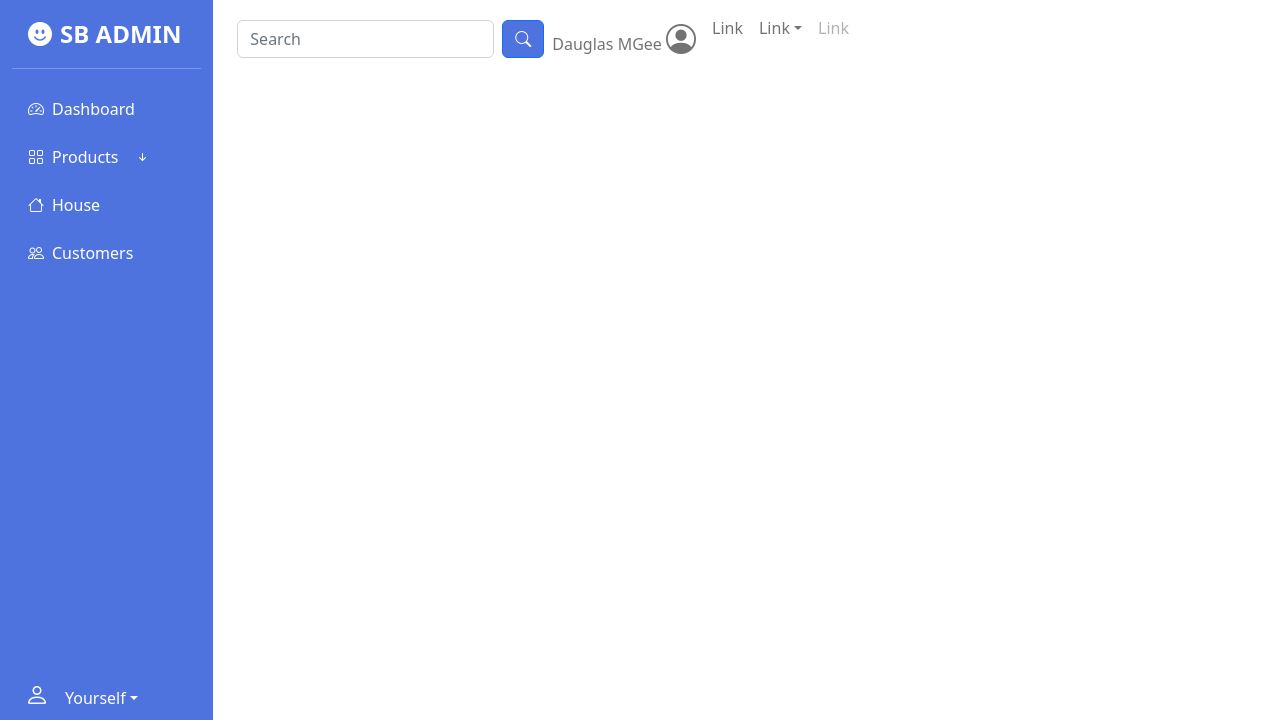
Repository: iqbalaamir/dashboard
Page: /
These files come from the project's save history. The page is drawn as it stood at one moment and after the next save; the edit follows.
The browser window is 1280 px wide. The pictures show the whole page.
The project was rebuilt for these pictures with package versions that can differ from the ones it lists, and the page was loaded fresh each time. Also part of the build but not shown: src/App.css.

Above is the page before, as saved 2023-04-24 17:52:02.

### src/App.js
import "./App.css";
import Sidebar from "./components/Sidebar";


function App() {
  return (
<div>
  <Sidebar/>
</div>
  );
}

export default App;

### src/components/Sidebar.js
import React from "react";
import "bootstrap/dist/css/bootstrap.min.css";
import "bootstrap-icons/font/bootstrap-icons.css";
import "bootstrap/js/dist/dropdown";
import "bootstrap/js/dist/collapse";
import "./sidebar.css";
import NavbarComponent from "./NavbarComponent";

export default function Sidebar() {
  return (
    <div className="container-fluid">
      <div className="row">
        <div className="col-auto col-sm-2 sideNav d-flex flex-column justify-content-between min-vh-100">
          <div className="mt-3">
            <a
              className="text-decoration-none ms-3 d-flex align-items-center text-white customHeading"
              role="button"
            >
                 <i className="bi bi-emoji-smile-fill"></i>
              <span className="ms-2 d-none d-sm-inline">SB ADMIN</span>
            </a>
            <hr className="text-white d-none d-sm-block"></hr>
            <ul class="nav nav-pills flex-column mt-2 mt-sm-0" id="parentM">
              <li class="nav-item  my-1 py-2 py-sm-0">
                <a
                  class="nav-link text-white text-center text-sm-start"
                  href="#"
                  aria-current="page"
                >
                  <i className="bi bi-speedometer2"></i>
                  <span className="ms-2 d-none d-sm-inline">Dashboard</span>
                </a>
              </li>
              <li class="nav-item  my-1 py-2 py-sm-0">
                <a
                  class="nav-link text-white text-center text-sm-start"
                  href="#submenu"
                  data-bs-toggle="collapse"
                  aria-current="page"
                >
                  <i className="bi bi-grid"></i>
                  <span className="ms-2 d-none d-sm-inline">Products</span>
                  <i className="bi bi-arrow-down-short ms-0 ms-sm-3"></i>
                </a>
                <ul
                  class="nav collapse ms-2 flex-column"
                  id="submenu"
                  data-bs-parent="#parentM"
                >
                  <li class="nav-item ">
                    <a class="nav-link text-white" href="#" aria-current="page">
                      <span className="d-none d-sm-inline"> Item</span>1
                    </a>
                  </li>
                  <li class="nav-item ">
                    <a class="nav-link text-white" href="#">
                      <span className="d-none d-sm-inline"> Item</span>2
                    </a>
                  </li>
                </ul>
              </li>
              <li class="nav-item  my-1">
                <a
                  class="nav-link text-white text-center text-sm-start"
                  href="#"
                  aria-current="page"
                >
                  <i className="bi bi-house"></i>
                  <span className="ms-2 d-none d-sm-inline">House</span>
                </a>
              </li>
              <li class="nav-item text-white my-1">
                <a
                  class="nav-link text-white text-center text-sm-start"
                  href="#"
                  aria-current="page"
                >
                  <i className="bi bi-people"></i>
                  <span className="ms-2 d-none d-sm-inline">Customers</span>
                </a>
              </li>
            </ul>
          </div>
          <div class="dropdown open">
            <a
              class="btn border-none dropdown-toggle text-white"
              type="button"
              id="triggerId"
              data-bs-toggle="dropdown"
              aria-haspopup="true"
              aria-expanded="false"
            >
              <i className="bi bi-person fs-4"></i>
              <span className="f5-5 ms-3 d-none d-sm-inline">Yourself</span>
            </a>
            <div class="dropdown-menu" aria-labelledby="triggerId">
              <a class="dropdown-item" href="#">
                Profile
              </a>
              <a class="dropdown-item" href="#">
                Setting
              </a>
            </div>
          </div>

        </div>
        <div className="col">
       <NavbarComponent/>
        </div>

      </div>
    </div>
  );
}

### src/components/sidebar.css
#parentM li a:hover {
    background-color: #9eacd4;

}
.sideNav{
   background-color: #4e73df;
}
.customHeading{
    font-weight: bold;
    font-size: x-large;
}

### src/components/NavbarComponent.js
import Button from "react-bootstrap/Button";
import Container from "react-bootstrap/Container";
import Form from "react-bootstrap/Form";
import Nav from "react-bootstrap/Nav";
import Navbar from "react-bootstrap/Navbar";
import NavDropdown from "react-bootstrap/NavDropdown";

function NavbarComponent() {
  return (
    <Navbar expand="lg">
      <Container fluid>
        <Navbar.Toggle aria-controls="navbarScroll" />
        <Navbar.Collapse id="navbarScroll">
          <Form className="d-flex">
            <Form.Control
              type="search"
              placeholder="Search"
              className="me-2"
              aria-label="Search"
            />
            <Button style={{backgroundColor:"#4e73df"}}> <i class="bi bi-search"></i></Button>
          </Form>
          <Nav
            className="me-auto my-2 my-lg-0"
            style={{ maxHeight: "100px" }}
            navbarScroll
          >
            <Nav.Link href="#action1" className="justify-content-end">
              {" "}
            <span>Dauglas MGee</span>  <i class="bi bi-person-circle" style={{fontSize:30}}></i>
            </Nav.Link>
            <Nav.Link href="#action2">Link</Nav.Link>
            <NavDropdown title="Link" id="navbarScrollingDropdown">
              <NavDropdown.Item href="#action3">Action</NavDropdown.Item>
              <NavDropdown.Item href="#action4">
                Another action
              </NavDropdown.Item>
              <NavDropdown.Divider />
              <NavDropdown.Item href="#action5">
                Something else here
              </NavDropdown.Item>
            </NavDropdown>
            <Nav.Link href="#" disabled>
              Link
            </Nav.Link>
          </Nav>
        </Navbar.Collapse>
      </Container>
    </Navbar>
  );
}

export default NavbarComponent;

Loaded but not shown: public/index.html (common file); src/index.js (common file); src/index.css (common file); src/reportWebVitals.js (common file)

After the next save:
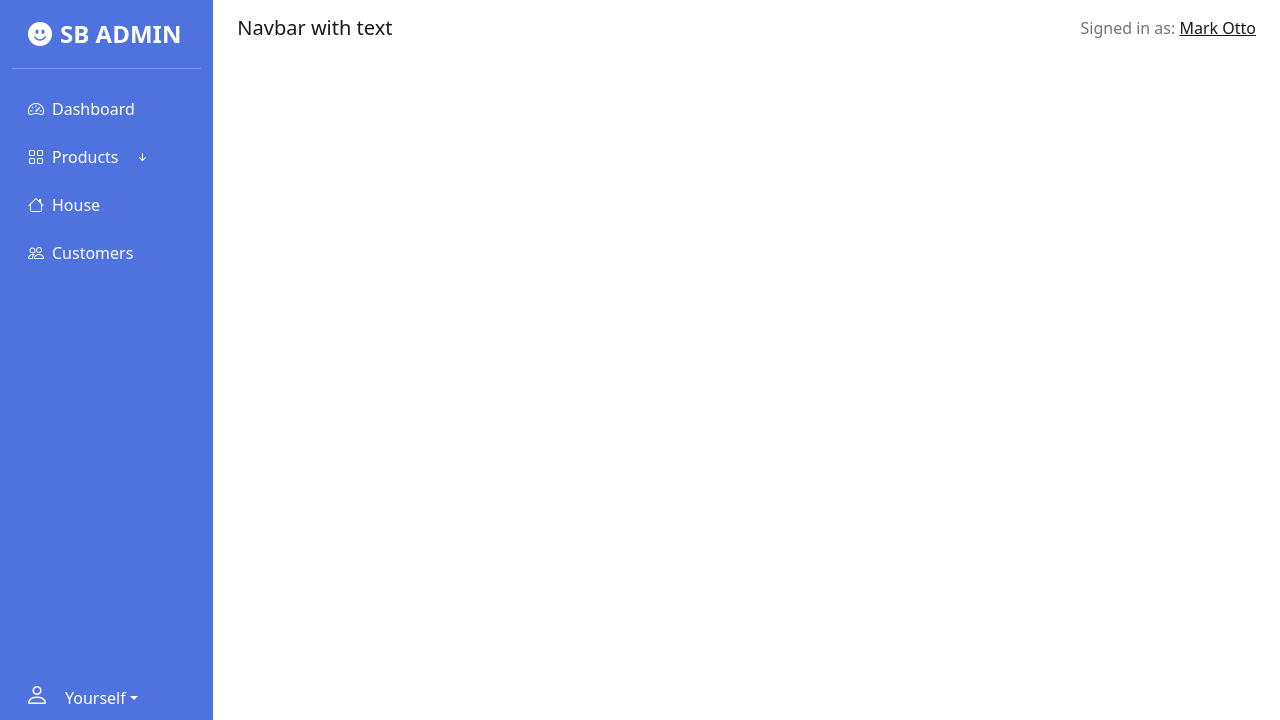
Saved 37 s later.
--- a/src/components/NavbarComponent.js
+++ b/src/components/NavbarComponent.js
@@ -9,7 +9,7 @@ function NavbarComponent() {
   return (
     <Navbar expand="lg">
       <Container fluid>
-        <Navbar.Toggle aria-controls="navbarScroll" />
+        {/* <Navbar.Toggle aria-controls="navbarScroll" />
         <Navbar.Collapse id="navbarScroll">
           <Form className="d-flex">
             <Form.Control
@@ -44,6 +44,13 @@ function NavbarComponent() {
               Link
             </Nav.Link>
           </Nav>
+        </Navbar.Collapse> */}
+         <Navbar.Brand href="#home">Navbar with text</Navbar.Brand>
+        <Navbar.Toggle />
+        <Navbar.Collapse className="justify-content-end">
+          <Navbar.Text>
+            Signed in as: <a href="#login">Mark Otto</a>
+          </Navbar.Text>
         </Navbar.Collapse>
       </Container>
     </Navbar>
